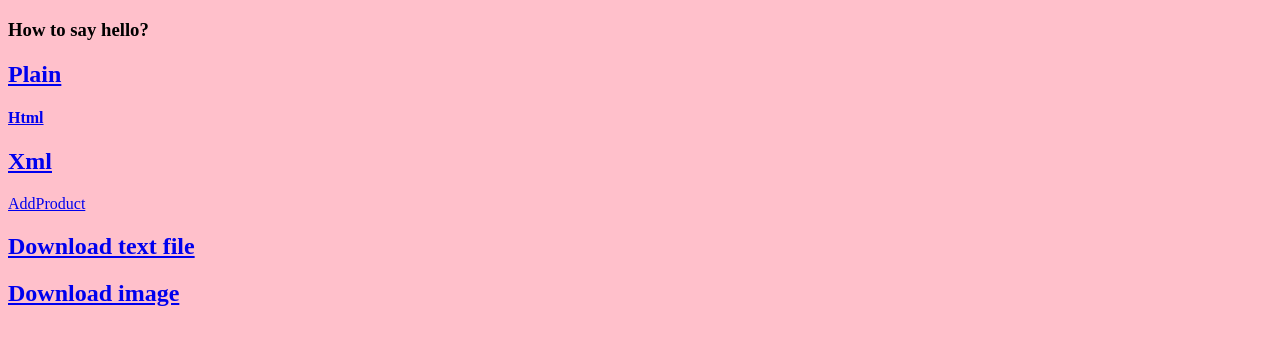
Repository: Pallavijoshii/Zen_Training
Page: RESTfulWebServices/TrivagoHotels/WebContent/index.html
An editor plug-in stored every save of this project. The page is shown before and after the next save, followed by the edit.
The browser window is 1280 px wide. The pictures show the whole page.

Above is the page before, as saved 2019-07-25 19:46:51.

After the next save:
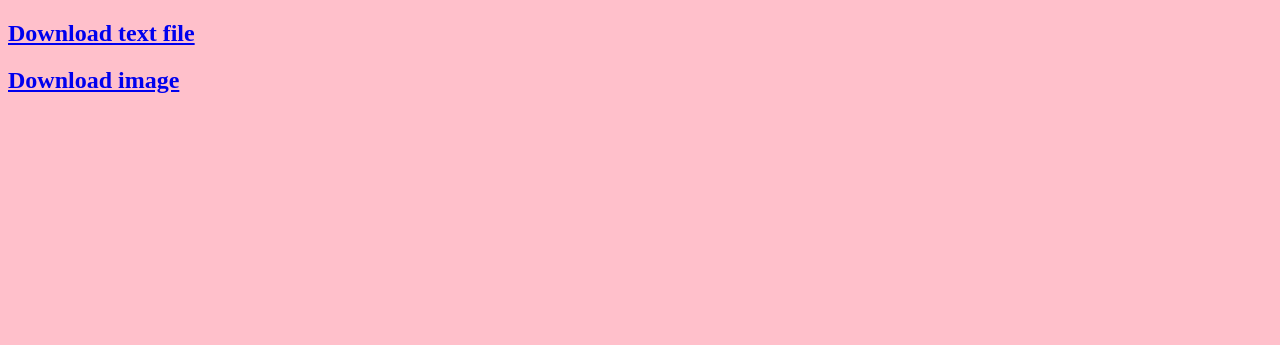
Saved 13 s later.
--- a/RESTfulWebServices/TrivagoHotels/WebContent/index.html
+++ b/RESTfulWebServices/TrivagoHotels/WebContent/index.html
@@ -13,12 +13,12 @@ body {
 
 </head>
 <body>
- <h3>How to say hello?</h3>
+<!--  <h3>How to say hello?</h3>
  <h2><a href="http://localhost:8084/HelloServices/zenrest/zenHello">Plain</a></h2>
  <h4><a href="http://localhost:8084/HelloServices/zenrest/zenHello/welcome">Html</a></h4>
  <h2><a href="http://localhost:8084/HelloServices/zenrest/zenHellowelcomexml">Xml</a></h2>
 
- <p><a href="AddProduct.html">AddProduct</a></p>
+ <p><a href="AddProduct.html">AddProduct</a></p> -->
  <h2><a href="http://localhost:8084/HelloServices/zenrest/files/txt">Download text file</a></h2>
   <h2><a href="http://localhost:8084/HelloServices/zenrest/files/img">Download image</a></h2>
 
